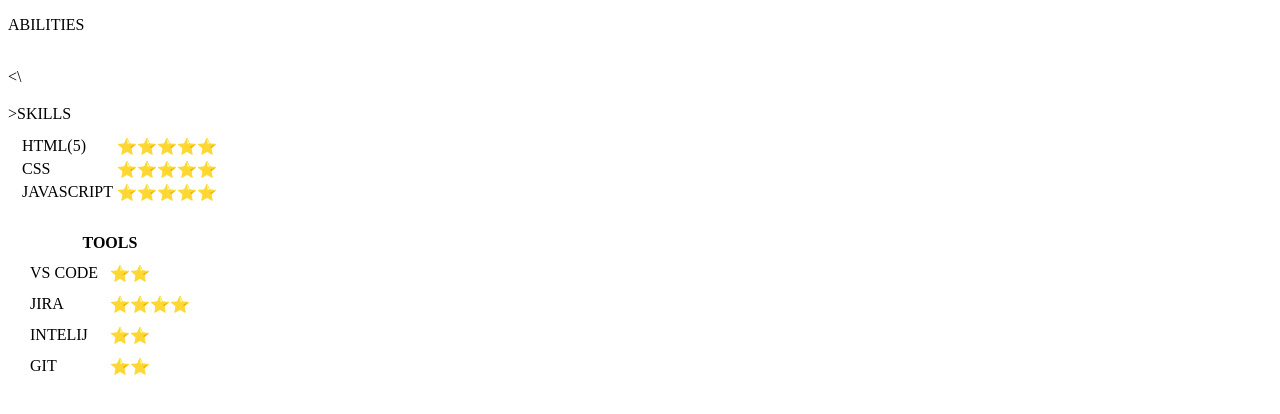
Repository: ew-code/Web-Development
Page: HTML - Personal Site/abilities.html
The author's editor kept a copy of each file at every save. The page is drawn from the files as they stood at one save, then again after the next save.
The browser window is 1280 px wide. The pictures show the whole page.

Above is the page before, as saved 2021-01-03 20:26:30.

After the next save:
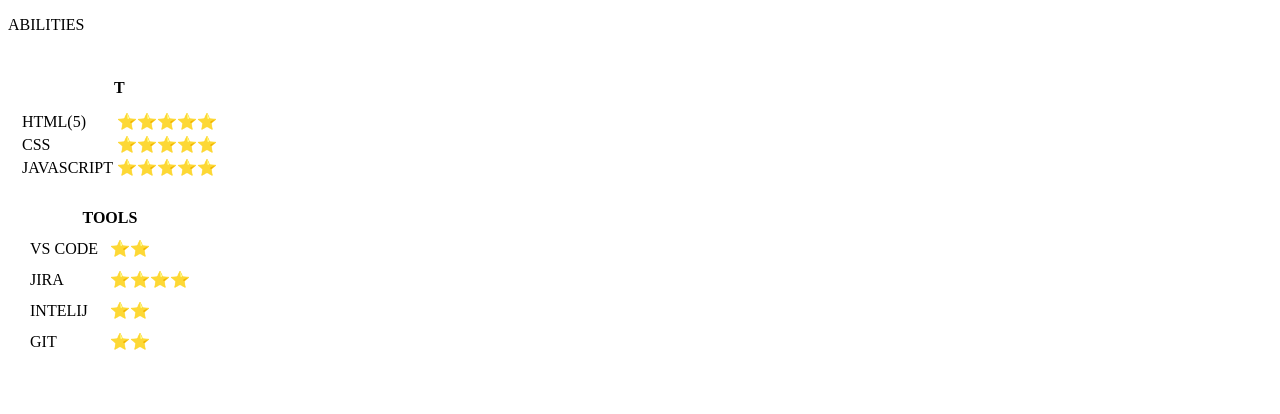
Saved 22 s later.
--- a/HTML - Personal Site/abilities.html
+++ b/HTML - Personal Site/abilities.html
@@ -13,7 +13,11 @@
   <br>
 
   <table cellspacing="10">
-    <\<h3></h3>>SKILLS</>
+    <thead>
+  <tr>
+    <th colspan="2">T
+  </tr>
+</thead>
     <tr>
       <td>
         <table>

After the save that followed:
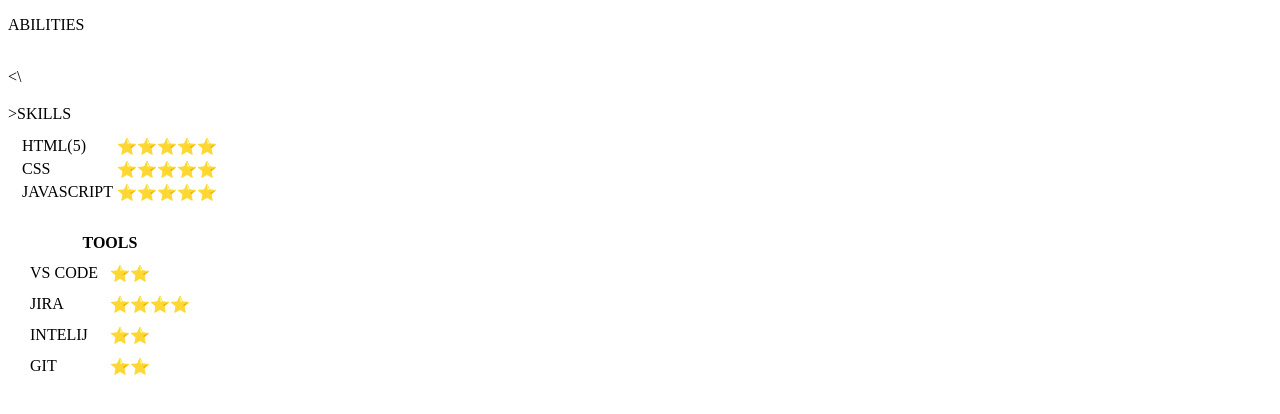
Saved 8 s later.
--- a/HTML - Personal Site/abilities.html
+++ b/HTML - Personal Site/abilities.html
@@ -13,11 +13,7 @@
   <br>
 
   <table cellspacing="10">
-    <thead>
-  <tr>
-    <th colspan="2">T
-  </tr>
-</thead>
+    <\<h3></h3>>SKILLS</>
     <tr>
       <td>
         <table>
